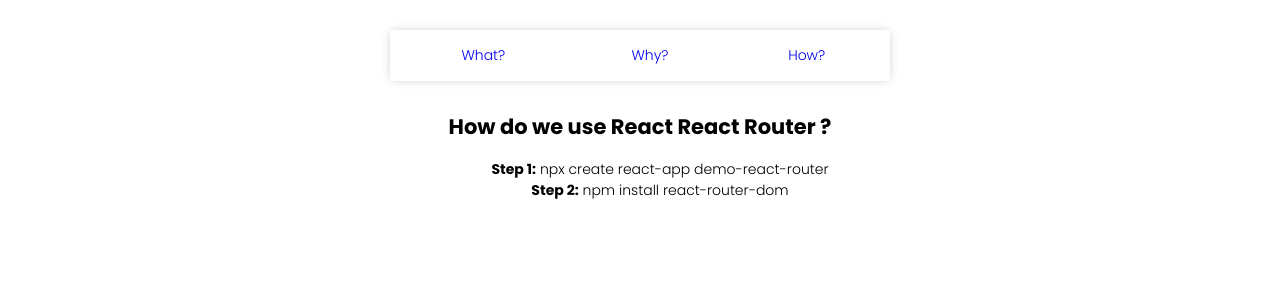
Repository: nguy3nds/2021-18-9-react
Page: /Why
These files come from the project's save history. The page is drawn as it stood at one moment and after the next save; the edit follows.
The browser window is 1280 px wide. The pictures show the whole page.
The project was rebuilt for these pictures with package versions that can differ from the ones it lists, and the page was loaded fresh each time. Also part of the build but not shown: src/components/What.js, src/components/Why.js.

Above is the page before, as saved 2021-09-19 06:39:29.

After the next save:
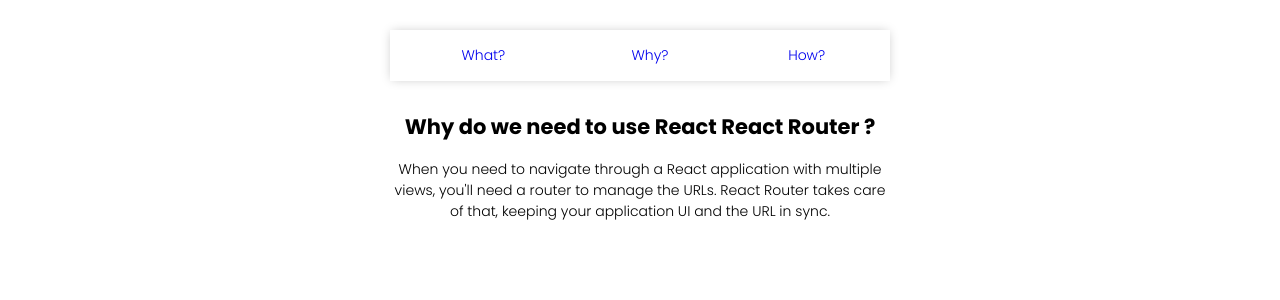
Saved 3 s later.
--- a/src/components/How.js
+++ b/src/components/How.js
@@ -1,15 +1,12 @@
 export default function How() {
   return (
     <div>
-      <h2>How do we use React React Router ?</h2>
-      <ul>
-        <li>
-          <b>Step 1:</b> npx create react-app demo-react-router
-        </li>
-        <li>
-          <b>Step 2:</b> npm install react-router-dom
-        </li>
-      </ul>
+      <h2>Why do we need to use React React Router ?</h2>
+      <p>
+        When you need to navigate through a React application with multiple
+        views, you'll need a router to manage the URLs. React Router takes care
+        of that, keeping your application UI and the URL in sync.
+      </p>
     </div>
   );
 }
